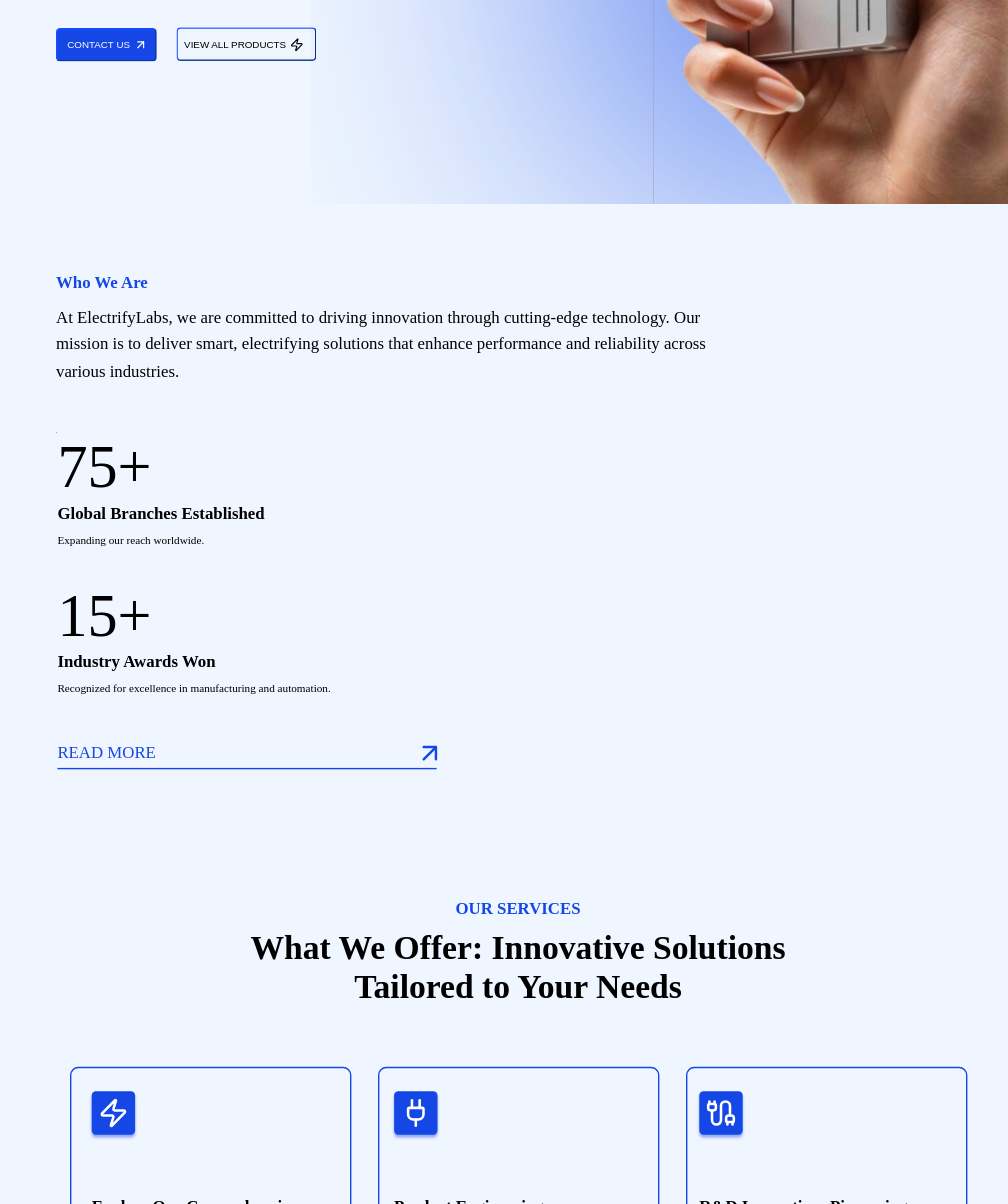
Repository: neelpatel6262/electrifylabs_homepage
Page: /
An editor plug-in stored every save of this project. The page is shown before and after the next save, followed by the edit.
The browser window is 1280 px wide. The page is 1440 px wide, so the pictures cover 1440 px, including what lies to the right of the window. The pictures show the part of the page from y = 600 to 2320 px (the page is 8532 px tall), at 70% of full size.
The project was rebuilt for these pictures with package versions that can differ from the ones it lists, and the page was loaded fresh each time. Also part of the build but not shown: vite.config.js.

Above is the page before, as saved 2026-02-21 16:54:34.

### index.html
<!doctype html>
<html lang="en">
  <head>
    <meta charset="UTF-8" />
    <link rel="icon" type="image/svg+xml" href="/src/assets/LOGO.svg" />
    <meta name="viewport" content="width=device-width, initial-scale=1.0" />
    <title>ElectrifyLabs Homepage</title>
  </head>
  <body>
    <div id="root"></div>
    <script type="module" src="/src/main.jsx"></script>
  </body>
</html>

### src/main.jsx
import { StrictMode } from 'react'
import { createRoot } from 'react-dom/client'
import './index.css'
import Navbar from './components/Navbar.jsx'
import HeroSection from './components/HeroSection.jsx'
import AboutSection from './components/AboutSection.jsx'
import ServiceSection from './components/ServiceSection.jsx'
import ServiceCard from './components/ServiceCard.jsx'
import ProductSection from './components/ProductSection.jsx'
import LibrarySection from './components/LibrarySection.jsx'
import BlogSection from './components/BlogSection.jsx'
import CTASection from './components/CTASection.jsx'
import Footer from './components/Footer.jsx'





createRoot(document.getElementById('root')).render(
  <>
    <Navbar />
    <HeroSection />
    <AboutSection />
    <ServiceSection />
    <ServiceCard />
    <ProductSection />
    <LibrarySection />
    <BlogSection />
    <CTASection />
    <Footer />

  </>
)

### src/components/Navbar.jsx
import { ArrowUpRight } from 'lucide-react';
import Logo from '../assets/LOGO.svg';

const navLinks = [
  { id: 1, label: 'about', href: '#' },
  { id: 2, label: 'service', href: '#' },
  { id: 3, label: 'product', href: '#' },
  { id: 4, label: 'library', href: '#' },
  { id: 5, label: 'blogs', href: '#' },
];

function Navbar() {
  return (
    <div className="navbar-section">
      <div className="navbar-container">

        {/* Logo */}
        <div className="logo">
          <img src={Logo} alt="logo" />
        </div>

        {/* Nav Links */}
        <div className="nav-links">
          {navLinks.map((link) => (
            <a key={link.id} href={link.href}>
              {link.label}
            </a>
          ))}
        </div>

        {/* Button */}
        <button className="navbar-btn">
          <div className="navbar-btn-conatiner">
            contact us
            <ArrowUpRight size={20} />
          </div>
        </button>

      </div>
    </div>
  );
}

export default Navbar;

### src/components/HeroSection.jsx
import { ArrowUpRight, Zap, Star as StarIcon } from 'lucide-react';
import Frame from '../assets/frame.svg';
import HeroImg from '../assets/heo-img.svg';
import Star from '../assets/star.svg';



// Star rating array — 5 stars
const stars = [1, 2, 3, 4, 5];

function HeroSection() {
  return (
    <div className="hero-section">

      {/* Left Content */}
      <div className="hero-left-content">
        <div className="heading-section">

          {/* CRM / Rating Row */}
          <div className="crm-section">
            <div className="frame">
              <img src={Frame} alt="frame" />
            </div>
            <div className="rating-section">
              <div className="rating-section-container">
                <div className="rating">
                  {stars.map((star) => (
                    <img key={star} src={Star} alt="star" />
                  ))}
                </div>
                <div className="rating-heading">
                  rated 5.0 by 40+ happy customers!
                </div>
              </div>
            </div>
          </div>

          {/* Hero Heading */}
          <div className="hero-heading">
            <span className="hero-highlights">electrifylabs</span> is powering the future of innovation
          </div>

        </div>

        {/* Subheading + Buttons */}
        <div className="hero-subheading">
          <div className="subheading">
            At ElectrifyLabs, we are dedicated to transforming ideas into cutting-edge technology solutions.
            Join us on a journey to innovate and electrify the future.
          </div>

          <div className="hero-cta-actions">
            {/* Primary Button */}
            <button className="hero-btn">
              <div className="hero-btn-container">
                contact us
                <ArrowUpRight size={20} />
              </div>
            </button>

            {/* Secondary Button */}
            <button className="hero-secondary-btn">
              <div className="hero-secondary-btn-container">
                view all products
                <Zap size={20} />
              </div>
            </button>
          </div>
        </div>
      </div>

      {/* Right Content - Hero Image */}
      <div className="right-content">
        <img src={HeroImg} alt="hero" />
      </div>

    </div>
  );
}

export default HeroSection;

### src/components/AboutSection.jsx
import { ArrowUpRight } from 'lucide-react';

function AboutSection() {
  return (
    <div className="about-section">
      <div className="about-container">

        {/* Who We Are - Top Text */}
        <div className="who-we-are-section">
          <div className="about-heading">Who We Are</div>
          <div className="sub-heading">
            At ElectrifyLabs, we are committed to driving innovation through cutting-edge technology.
            Our mission is to deliver smart, electrifying solutions that enhance performance and
            reliability across various industries.
          </div>
        </div>

        {/* Content Section - HR + Stats */}
        <div className="about-content-section">

          {/* Left - Horizontal Rule */}
          <div className="about-hr-container">
            <hr className="about-divider" />
          </div>

          {/* Right - Stats + CTA */}
          <div className="about-right-content">

            {/* Stat One */}
            <div className="content-one">
              <h1>75+</h1>
              <h4>Global Branches Established</h4>
              <p>Expanding our reach worldwide.</p>
            </div>

            {/* Stat Two + Read More */}
            <div className="content-two">
              <div className="content-two-info">
                <h1>15+</h1>
                <h4>Industry Awards Won</h4>
                <p>Recognized for excellence in manufacturing and automation.</p>
              </div>

              {/* Read More CTA */}
              <div className="content-cta-section">
                <div className="content-cta-section-container">
                  <h1>read more</h1>
                  <ArrowUpRight size={32} />
                </div>
                <hr className="about-cta" />
              </div>

            </div>
          </div>
        </div>

      </div>
    </div>
  );
}

export default AboutSection;

### src/components/ServiceSection.jsx
import { Zap, Plug, Cable, ArrowUpRight } from 'lucide-react';
import ServiceCard from './ServiceCard';

const cards = [
  {
    id: 1,
    icon: <Zap size={24} color="white" />,
    heading: "Explore Our Comprehensive Range of Services",
    subheading: "At ElectrifyLabs, we provide cutting-edge technology solutions to drive your success.",
    cardClass: "service-card-one",
    headingClass: "service-card-heading",
    subheadingClass: "service-card-subheading",
  },
  {
    id: 2,
    icon: <Plug size={24} color="white" />,
    heading: "Product Engineering: Transforming Ideas into Reality",
    subheading: "Our team specializes in developing innovative products tailored to your specifications.",
    cardClass: "service-card-two",
    headingClass: "service-card-two-heading",
    subheadingClass: "service-card-two-subheading",
  },
  {
    id: 3,
    icon: <Cable size={24} color="white" />,
    heading: "R&D Innovation: Pioneering Tomorrow's Technologies Today",
    subheading: "We invest in research and development to create groundbreaking tech solutions.",
    cardClass: "service-card-three",
    headingClass: "service-card-three-heading",
    subheadingClass: "service-card-three-subheading",
  },
];

function ServiceSection() {
  return (
    <div className="service-section">
      <div className="service-container">

        {/* Intro */}
        <div className="service-intro-section">
          <div className="service-body-heading">our services</div>
          <div className="service-heading">
            What We Offer: Innovative Solutions Tailored to Your Needs
          </div>
        </div>

        {/* Cards */}
        <div className="services-cards-section">
          {cards.map((card) => (
            <ServiceCard
              key={card.id}
              icon={card.icon}
              heading={card.heading}
              subheading={card.subheading}
              cardClass={card.cardClass}
              headingClass={card.headingClass}
              subheadingClass={card.subheadingClass}
            />
          ))}
        </div>

        {/* Button */}
        <button className="service-btn">
          <div className="service-btn-container">
            view all services
            <ArrowUpRight size={20} />
          </div>
        </button>

      </div>
    </div>
  );
}

export default ServiceSection;

### src/components/ServiceCard.jsx


function ServiceCard({ icon, heading, subheading, cardClass, headingClass, subheadingClass })

{
  return (
    <div className={cardClass}>
      <div className="service-icon">
        {icon}
      </div>
      <div className={headingClass}>
        {heading}
      </div>
      <div className={subheadingClass}>
        {subheading}
      </div>
    </div>
  );
}



export default ServiceCard;

### src/components/LibrarySection.jsx
import { LibraryBig } from 'lucide-react';
import LibraryOne from '../assets/Library-One-Placeholder.jpg';
import LibraryTwo from '../assets/Library-Two-Placeholder.jpg';
import PersonOne from '../assets/person-one.jpg';
import PersonTwo from '../assets/peson-two.jpg';

// Cards data array
const libraryCards = [
  {
    id: 1,
    image: LibraryOne,
    category: 'Resources',
    heading: 'Latest Innovations in Technology',
    subheading: 'Discover cutting-edge insights and developments in our tech library.',
    personImage: PersonOne,
    personName: 'Jane Doe',
    date: '15 Mar 2023',
    readTime: '4 min read',
  },
  {
    id: 2,
    image: LibraryTwo,
    category: 'Whitepaper',
    heading: 'Understanding AI in Modern Tech',
    subheading: 'A comprehensive guide to AI applications in technology today.',
    personImage: PersonTwo,
    personName: 'John Smith',
    date: '10 Feb 2023',
    readTime: '6 min read',
  },
];

// LibraryCard — reusable card component
function LibraryCard({ image, category, heading, subheading, personImage, personName, date, readTime }) {
  return (
    <div className="card-one">

      {/* Card Main Image */}
      <img src={image} alt={heading} />

      {/* Card Text Content */}
      <div className="card-one-content">
        <p>{category}</p>
        <h2>{heading}</h2>
        <h4>{subheading}</h4>
      </div>

      {/* Author Details */}
      <div className="person-details">
        <img src={personImage} alt={personName} />
        <div className="person-info">
          <h4>{personName}</h4>
          <div className="person-library-content">
            <h4>{date}</h4>
            <h5>{readTime}</h5>
          </div>
        </div>
      </div>

    </div>
  );
}

function LibrarySection() {
  return (
    <div className="library-section">
      <div className="library-container">

        {/* Intro */}
        <div className="library-intro">
          <p>Our Library</p>
          <h1>Explore a wealth of tech resources at your fingertips</h1>
        </div>

        {/* Cards */}
        <div className="cards">
          {libraryCards.map((card) => (
            <LibraryCard
              key={card.id}
              image={card.image}
              category={card.category}
              heading={card.heading}
              subheading={card.subheading}
              personImage={card.personImage}
              personName={card.personName}
              date={card.date}
              readTime={card.readTime}
            />
          ))}
        </div>

        {/* Button */}
        <button className="library-primary-btn">
          <div className="library-primary-btn-container">
            view our library
            <LibraryBig size={20} />
          </div>
        </button>

      </div>
    </div>
  );
}

export default LibrarySection;

### src/components/BlogSection.jsx
import { ArrowUpRight } from 'lucide-react';

// Blog data array
const blogs = [
  {
    id: 1,
    heading: 'Quantum Annealing in Energy Grids: Beyond Theoretical Limits',
    description:
      'As we approach 2026, quantum computing transitions from laboratory curiosity to industrial-scale utility. Our team at ElectrifyLabs Berlin has achieved a breakthrough: 127-qubit processors now optimize municipal power grids in real-time, reducing waste by 37% compared to classical algorithms.',
    date: '3 July, 2025',
  },
  {
    id: 2,
    heading: 'The Quantum Advantage Paradox',
    description:
      'By treating decoherence not as noise but as training data, our machine learning layer converts quantum instability into predictive power. This paradigm shift—documented in our recent IEEE paper—allows commercially available quantum processors to outperform supercomputers in specific load-balancing scenarios.',
    date: '22 Aug, 2025',
  },
  {
    id: 3,
    heading: 'Munich Case Study: From Theory to Grid Reality',
    description:
      'As we approach 2026, quantum computing transitions from laboratory curiosity to industrial-scale utility. Our team at ElectrifyLabs Berlin has achieved a breakthrough: 127-qubit processors now optimize municipal power grids in real-time, reducing waste by 37% compared to classical algorithms.',
    date: '3 July, 2025',
  },
];

// BlogCard — reusable blog card component
function BlogCard({ heading, description, date }) {
  return (
    <div className="blog-one">

      {/* Horizontal Rule */}
      <hr className="blog-image-hr" />

      {/* Blog Content */}
      <div className="blog-content">
        <div className="blog-heading">
          <h1>{heading}</h1>
          <p>{description}</p>
        </div>

        {/* Date + Read CTA */}
        <div className="blog-cta">
          <div className="blog-cta-content">
            <p>{date}</p>
            <h4>
              Read <ArrowUpRight size={20} />
            </h4>
          </div>
          <hr className="line" />
        </div>

      </div>
    </div>
  );
}

function BlogSection() {
  return (
    <div className="blog-section">
      <div className="blog-container">

        {/* Intro */}
        <div className="blog-intro-section">
          <p>blogs</p>
          <h1>Latest Insights and Innovations</h1>
        </div>

        {/* Blog Cards */}
        <div className="blogs-contents">
          {blogs.map((blog) => (
            <BlogCard key={blog.id} {...blog} />
          ))}
        </div>

      </div>
    </div>
  );
}

export default BlogSection;

### src/components/CTASection.jsx
import { useState } from 'react';

function CTASection() {
  // useState to track what user types in the email input
  const [email, setEmail] = useState('');
  const [isLoading, setIsLoading] = useState(false);
  const [submitted, setSubmitted] = useState(false);

  // This runs when form is submitted
  const handleSubmit = (e) => {
    e.preventDefault();       // stops page from refreshing (default form behavior)
    setIsLoading(true);       // show spinner

    // Simulate a 2 second API call
    setTimeout(() => {
      setIsLoading(false);
      setSubmitted(true);
      setEmail('');            // clear input after submit
    }, 2000);
  };

  return (
    <div className="cta-section">
      <div className="cta-container">

        {/* Intro */}
        <div className="cta-intro-section">
          <p>Get in Touch</p>
          <h1>We'd love to hear from you! Reach out with any questions or inquiries.</h1>
        </div>

        {/* Form */}
        <div className="cta-btn">
          <form className="cta-email-form" onSubmit={handleSubmit}>
            <div className="input-container">
              <input
                type="email"
                className="email-input"
                id="emailInput"
                required
                autoComplete="email"
                value={email}
                onChange={(e) => setEmail(e.target.value)}
              />
              <label className="input-placeholder" htmlFor="emailInput">
                Enter your email address
              </label>
            </div>

            <button type="submit" className="email-btn" disabled={isLoading}>
              {/* Show spinner or text based on loading state */}
              {isLoading ? (
                <div className="btn-spinner" />
              ) : submitted ? (
                <span className="btn-text">✓ Done!</span>
              ) : (
                <span className="btn-text">Request Access</span>
              )}
            </button>
          </form>

          <h4>accepts the cookies. <span>OKAY</span></h4>
        </div>

      </div>
    </div>
  );
}

export default CTASection;

### src/components/Footer.jsx
import Logo from '../assets/LOGO.svg';

// Navigation links data
const navLinks = [
  { id: 1, label: 'about', href: '#' },
  { id: 2, label: 'service', href: '#' },
  { id: 3, label: 'product', href: '#', isNew: true },
  { id: 4, label: 'library', href: '#' },
  { id: 5, label: 'blogs', href: '#' },
];

// Social links data
const socialLinks = [
  { id: 1, label: 'Instagram', href: 'https://www.instagram.com/' },
  { id: 2, label: 'Twitter', href: 'https://twitter.com/' },
  { id: 3, label: 'Facebook', href: 'https://www.facebook.com/' },
];

// Legal links data
const legalLinks = [
  { id: 1, label: 'Terms & Conditions', href: '#' },
  { id: 2, label: 'Privacy Policy', href: '#' },
  { id: 3, label: 'ESG Policy', href: '#' },
];

function Footer() {
  return (
    <div className="footer-section">
      <div className="footer-container">
        <div className="footer-content">
          <div className="footer-section-content">

            {/* Brand */}
            <div className="footer-brand">
              <div className="footer-logo">
                <img src={Logo} alt="logo" />
                electrifylabs
              </div>
              <div className="footer-contact">+1 (555) 123-4567</div>
              <div className="footer-email">contact@electrifylabs.com</div>
            </div>

            {/* Links */}
            <div className="footer-links">

              {/* Navigation */}
              <div className="navigation-content">
                <h4>Navigation</h4>
                {navLinks.map((link) => (
                  <div key={link.id}>
                    <a href={link.href}>{link.label}</a>
                    {/* Only show "new" badge on product link */}
                    {link.isNew && <div className="new-tag">new</div>}
                  </div>
                ))}
              </div>

              {/* Follow Us */}
              <div className="follow-content">
                <h4>follow us</h4>
                {socialLinks.map((link) => (
                  <a key={link.id} href={link.href} target="_blank" rel="noreferrer">
                    {link.label}
                  </a>
                ))}
              </div>

              {/* Legal */}
              <div className="legel-content">
                <h4>legel</h4>
                {legalLinks.map((link) => (
                  <a key={link.id} href={link.href}>
                    {link.label}
                  </a>
                ))}
              </div>

            </div>
          </div>

          <hr className="footer-line" />
          <p>© 2025 ElectrifyLabs. All rights reserved.</p>

        </div>
      </div>
    </div>
  );
}

export default Footer;

Loaded but not shown: src/index.css (1500 lines, source omitted); src/components/ProductSection.jsx (100 lines, source omitted)

After the next save:
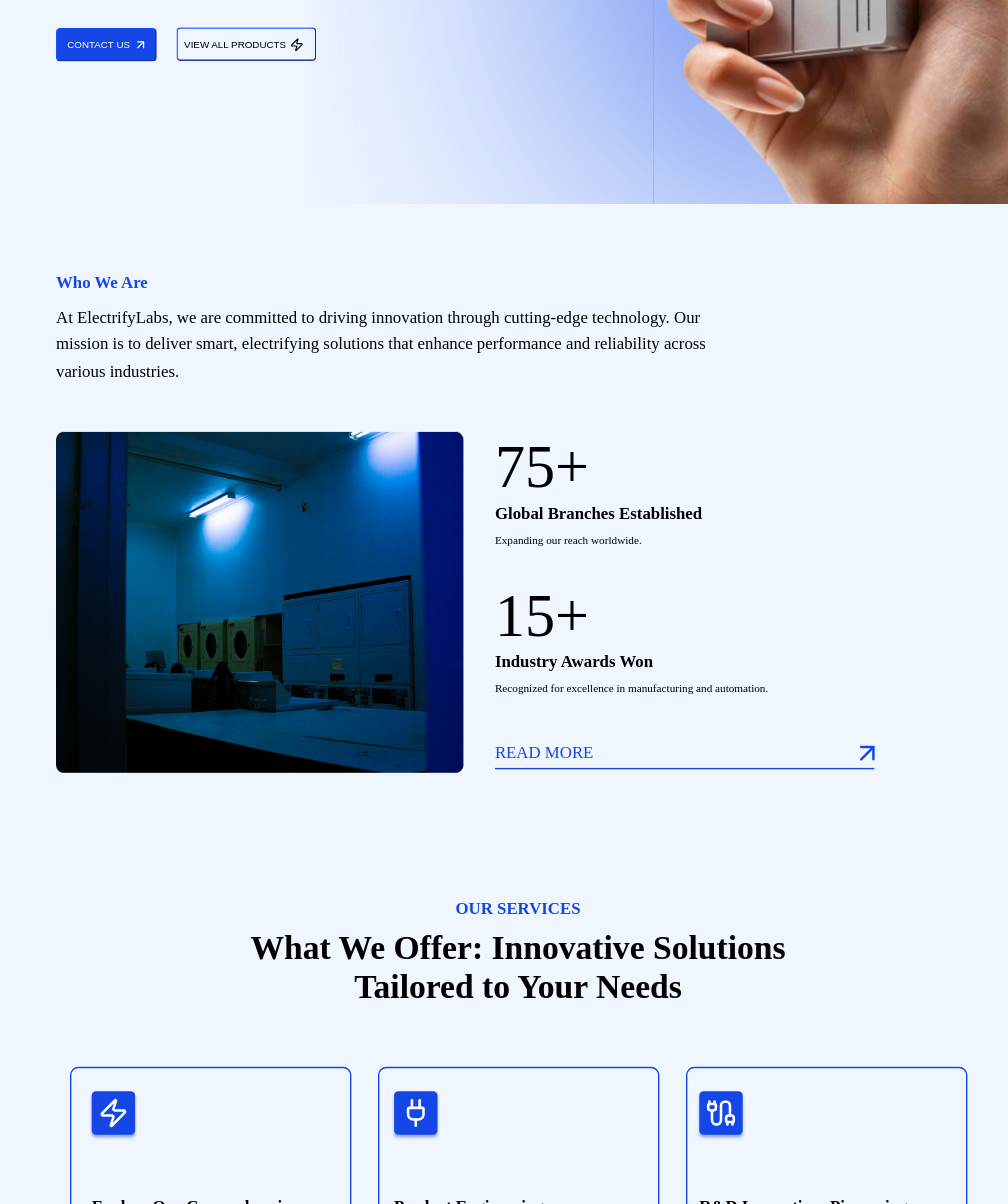
Saved 26 s later.
--- a/src/components/AboutSection.jsx
+++ b/src/components/AboutSection.jsx
@@ -1,4 +1,5 @@
 import { ArrowUpRight } from 'lucide-react';
+import Placeholder from '../assets/Placeholder.jpg';
 
 function AboutSection() {
   return (
@@ -15,12 +16,12 @@
           </div>
         </div>
 
-        {/* Content Section - HR + Stats */}
+        {/* Content Section - Image + Stats */}
         <div className="about-content-section">
 
-          {/* Left - Horizontal Rule */}
-          <div className="about-hr-container">
-            <hr className="about-divider" />
+          {/* Left - Placeholder Image */}
+          <div className="placeholder">
+            <img src={Placeholder} alt="about us" />
           </div>
 
           {/* Right - Stats + CTA */}
